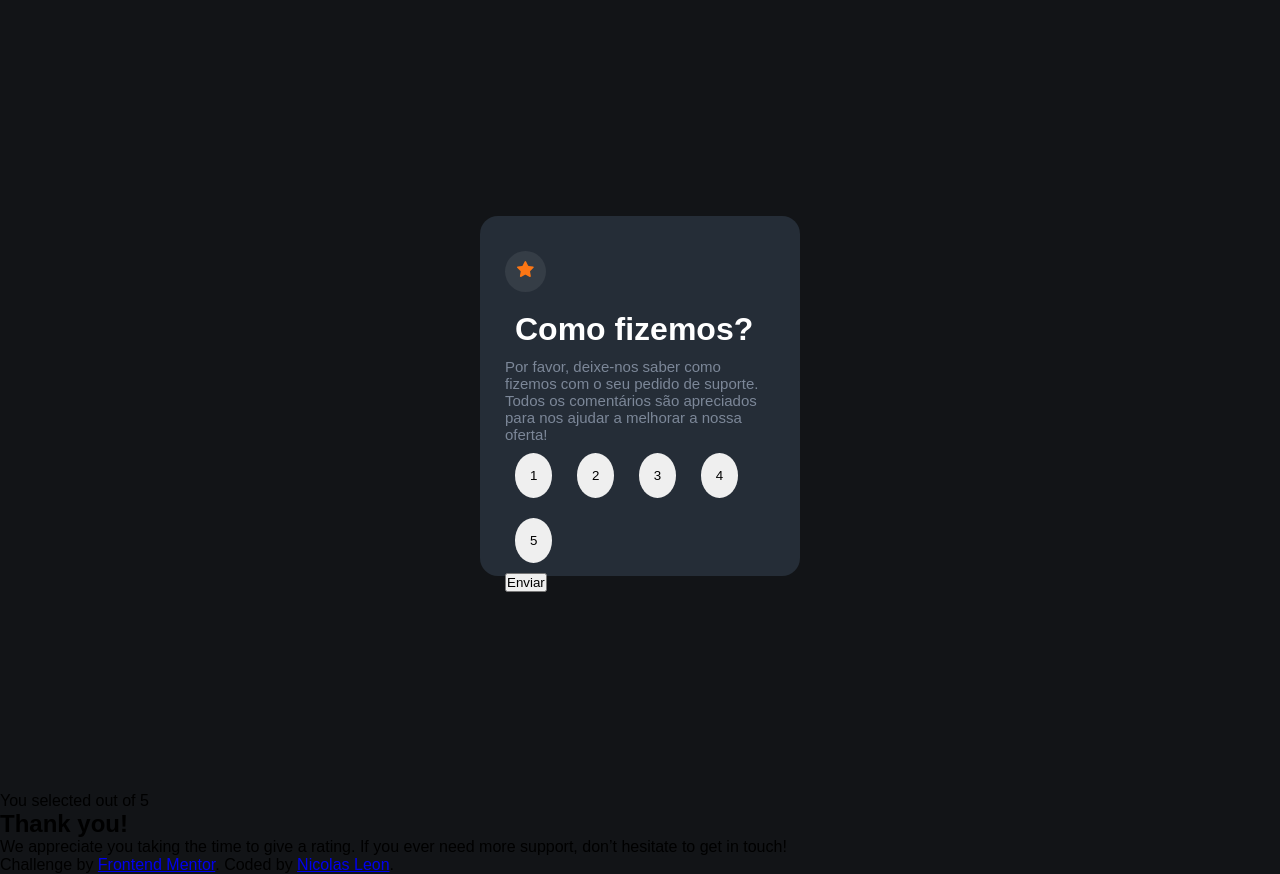
Repository: Leonngc/projeto-avaliacao
Page: index.html
An editor plug-in stored every save of this project. The page is shown before and after a run of saves, followed by the edit.
The browser window is 1280 px wide. The pictures show the whole page.
Some web fonts or font styles are not loaded; a fallback is used.

Above is the page before, as saved 2023-01-25 23:34:15.

After the next 6 saves:
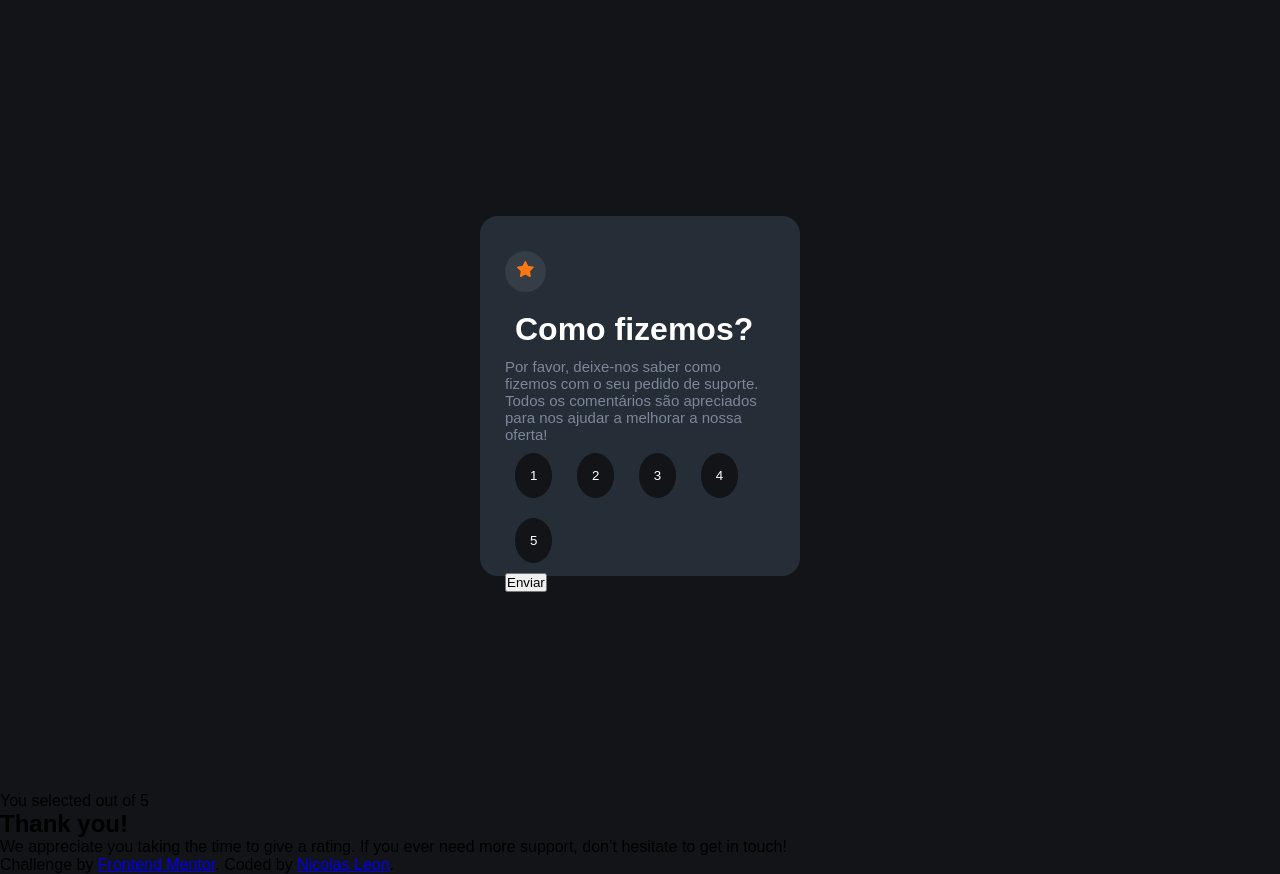
The 6 saves are shown as one change because they came seconds apart.
The last was saved 11 s later.
--- a/styles/style.css
+++ b/styles/style.css
@@ -52,5 +52,6 @@ span > img{
     border-radius: 50%;
     padding: 15px;
     border: none;
-    ba
+    background-color: var(--very-dark-blue);
+    color: white;
 }
